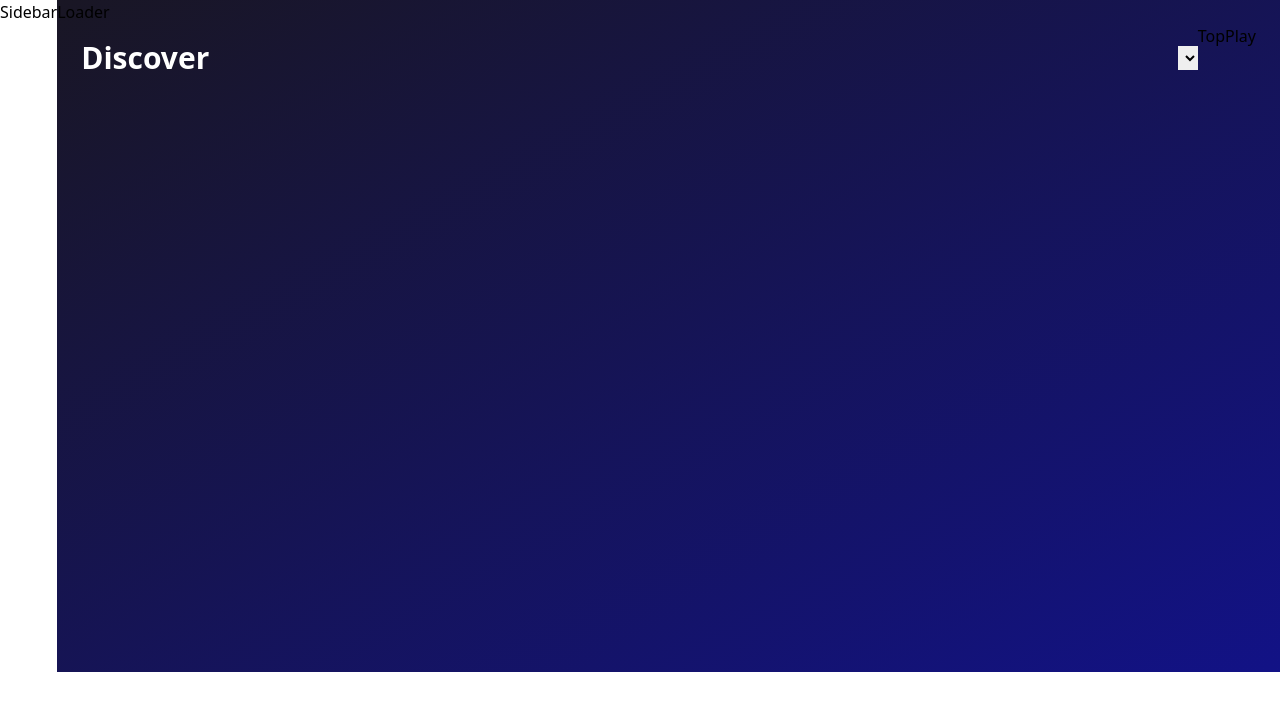
Repository: remydev47/Beats
Page: /
The author's editor kept a copy of each file at every save. The page is drawn from the files as they stood at one save, then again after the next save.
The browser window is 1280 px wide. The pictures show the whole page.
The project was rebuilt for these pictures with package versions that can differ from the ones it lists, and the page was loaded fresh each time. Also part of the build but not shown: vite.config.js, src/components/SongCard.jsx, src/components/ArtistCard.jsx, src/components/DetailsHeader.jsx, src/components/PlayPause.jsx, src/components/SongBar.jsx, src/components/RelatedSongs.jsx, src/components/MusicPlayer/Controls.jsx and 13 more.

Above is the page before, as saved 2022-09-23 19:19:35.

After the next save:
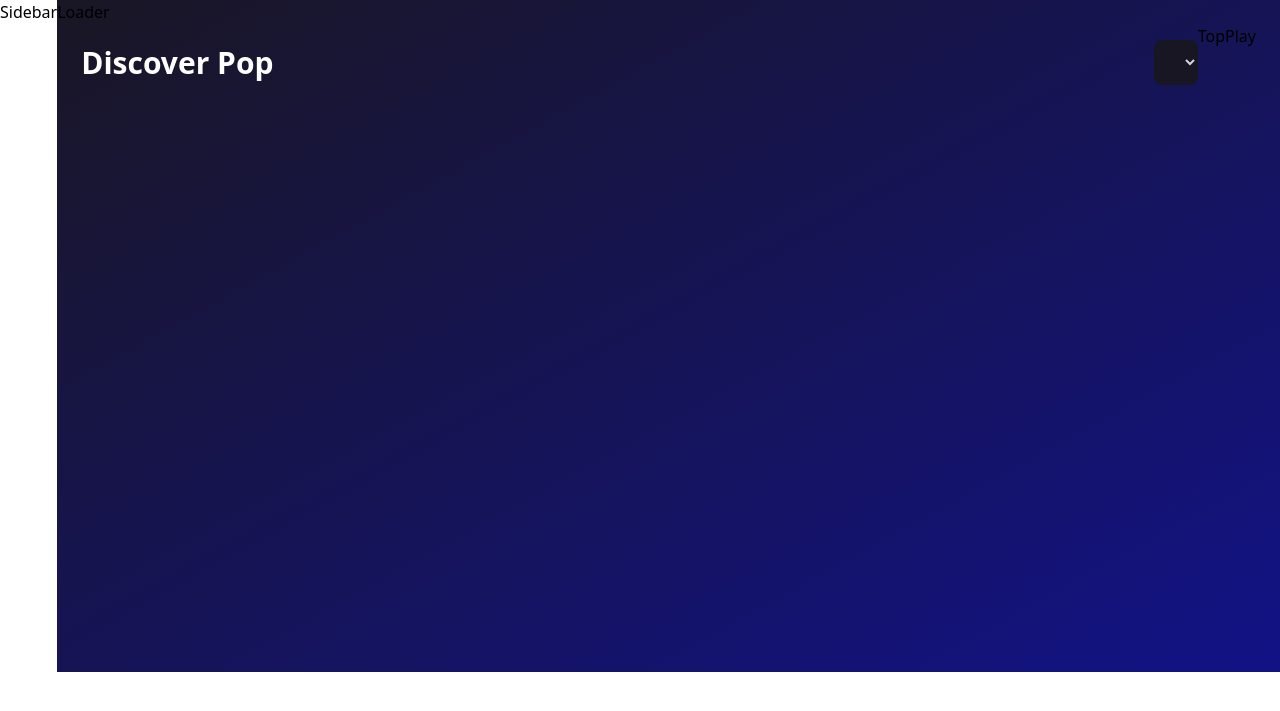
Saved 4 min 33 s later.
--- a/src/pages/Discover.jsx
+++ b/src/pages/Discover.jsx
@@ -2,13 +2,22 @@ import { Error, Loader, SongCard } from '../components';
 import { genres } from '../assets/constants'
 
 const Discover = () => {
+
+    const genreTitle = "Pop";
+
     return(
         <div className={styles.container}>
             <div className={styles.wrapper}>
                 <h2 className='font-bold text-3xl text-white text-left'>
-                    Discover
+                    Discover {genreTitle}
                 </h2>
-                <select></select>
+                <select
+                  onChange={() => {}}
+                  value=""
+                  className={styles.selectStyles}
+                >
+
+                </select>
             </div>
         </div>
     )
@@ -18,5 +27,6 @@ export default Discover;
 
 const styles ={
     container:`flex flex-col`,
-    wrapper:`w-full flex justify-between items-center sm:flex-row flex-col mt-4 mb-10`
+    wrapper:`w-full flex justify-between items-center sm:flex-row flex-col mt-4 mb-10`,
+    selectStyles:`bg-black text-gray-300 p-3 text-sm rounded-lg outline-none sm:mt-0 mt-5`
 }
